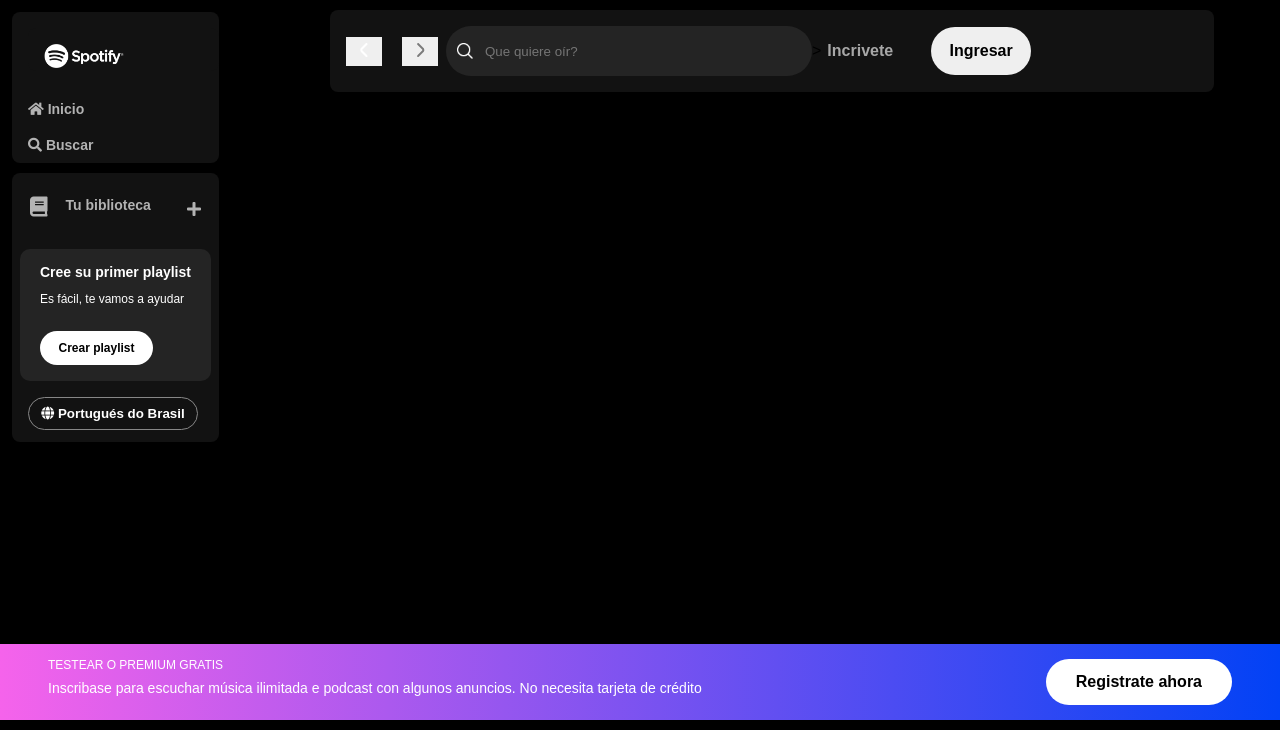
Repository: AnaFzCz/PROYECTO-SPOTIFY
Page: index.html
These files come from the project's save history. The page is drawn as it stood at one moment and after the next save; the edit follows.
The browser window is 1280 px wide. The pictures show the whole page.

Above is the page before, as saved 2025-01-30 15:37:25.

After the next save:
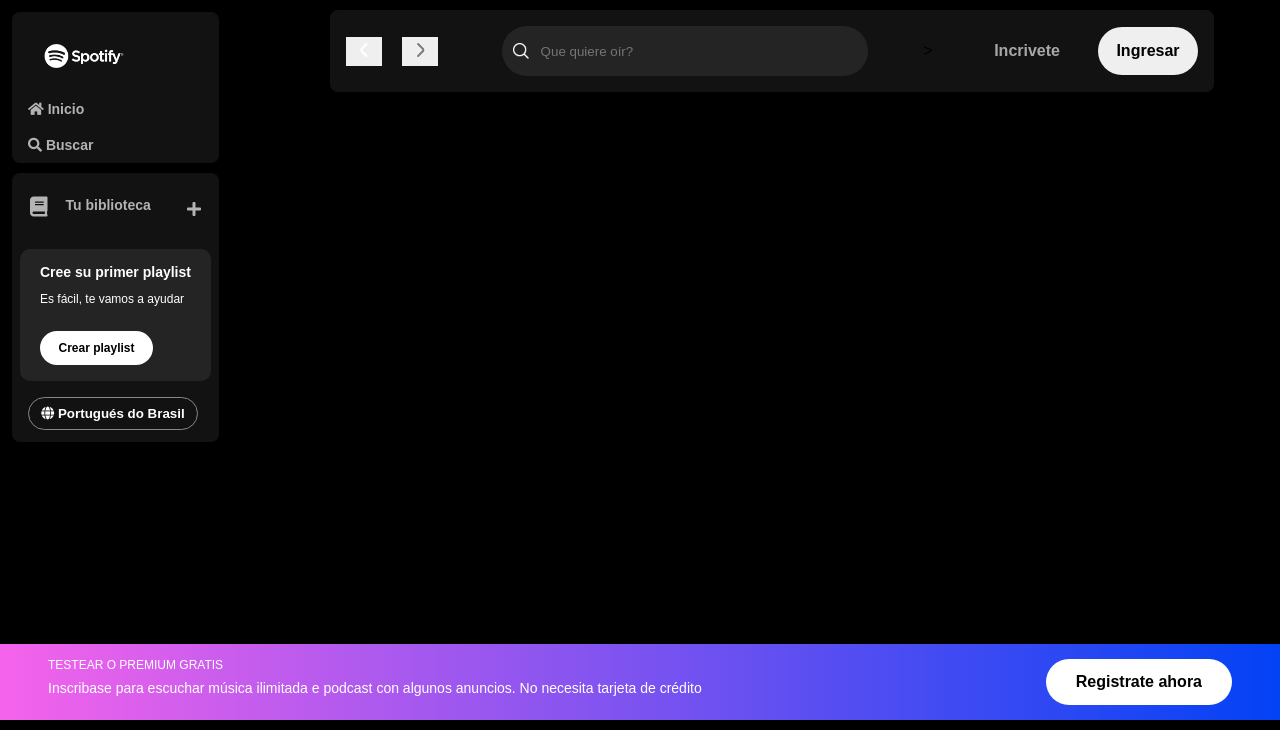
Saved 80 s later.
--- a/index.html
+++ b/index.html
@@ -86,16 +86,16 @@
                     <button class="arrow-right">
                         <img src="./src/assets/icons/small-right.png" alt="derecha">
                     </button>
+                </div>
+                <div class="header-search">
+                    <img src="./src/assets/icons/search.png" alt="">
+                    <input id="search-input" type="text" maxlength="800" placeholder="Que quiere oír?" />
+                </div>>
+                <div class="header-login">
+                    <button class="suscribete">Incrivete</button>
+                    <button class="login">Ingresar</button>
+                </div>
 
-                    <div class="header-search">
-                        <img src="./src/assets/icons/search.png" alt="">
-                        <input id="search-input" type="text" maxlength="800" placeholder="Que quiere oír?" />
-                    </div>>
-                    <div class="header-login">
-                        <button class="suscribete">Incrivete</button>
-                        <button class="login">Ingresar</button>
-                    </div>
-                </div>
             </nav>
         </div>
     </main>
